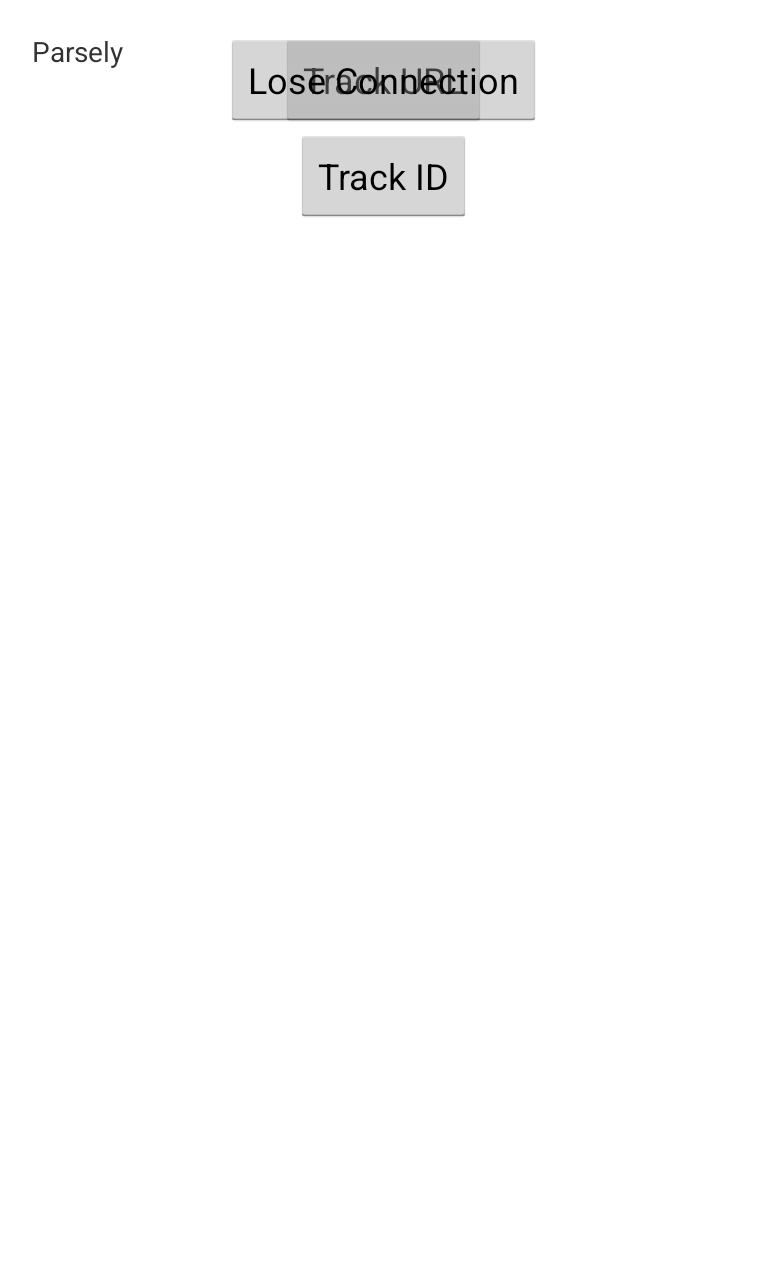
Repository: Parsely/parsely-android
Layout: HiParsely/res/layout/activity_main.xml
An editor plug-in stored every save of this project. The layout is shown before and after the next save, followed by the edit.
It is drawn on a 768 x 1280 px phone screen (xhdpi) without system bars, with theme AppTheme; the app's code is not run.

Above is the layout before, as saved 2013-04-09 15:08:43.

### HiParsely/res/layout/activity_main.xml
<RelativeLayout xmlns:android="http://schemas.android.com/apk/res/android"
    xmlns:tools="http://schemas.android.com/tools"
    android:layout_width="match_parent"
    android:layout_height="match_parent"
    android:paddingBottom="@dimen/activity_vertical_margin"
    android:paddingLeft="@dimen/activity_horizontal_margin"
    android:paddingRight="@dimen/activity_horizontal_margin"
    android:paddingTop="@dimen/activity_vertical_margin"
    tools:context=".MainActivity" >

    <TextView
        android:layout_width="wrap_content"
        android:layout_height="wrap_content"
        android:text="@string/parsely" />

    <Button android:id="@+id/url_button"
        android:layout_width="wrap_content"
        android:layout_height="wrap_content"
        android:layout_centerHorizontal="true"
        android:text="@string/button_track_url"
        android:onClick="trackURL" />

    <Button
        android:layout_width="wrap_content"
        android:layout_height="wrap_content"
        android:layout_centerHorizontal="true"
        android:layout_below="@id/url_button"
        android:text="@string/button_track_pid"
        android:onClick="trackPID" />

    <Button
        android:layout_width="wrap_content"
        android:layout_height="wrap_content"
        android:layout_centerHorizontal="true"
        android:text="@string/button_toggle_connection"
        android:onClick="toggleConnection" />

</RelativeLayout>

### HiParsely/res/values/strings.xml
<?xml version="1.0" encoding="utf-8"?>
<resources>

    <string name="app_name">HiParsely</string>
    <string name="action_settings">Settings</string>
    <string name="parsely">Parsely</string>
    <string name="button_track_url">Track URL</string>
    <string name="button_track_pid">Track ID</string>
    <string name="button_toggle_connection">Lose Connection</string>

</resources>

Loaded but not shown: HiParsely/res/values/styles.xml (common file); HiParsely/res/values-v11/styles.xml (common file); HiParsely/res/values-v14/styles.xml (common file); HiParsely/res/values/dimens.xml (common file)

After the next save:
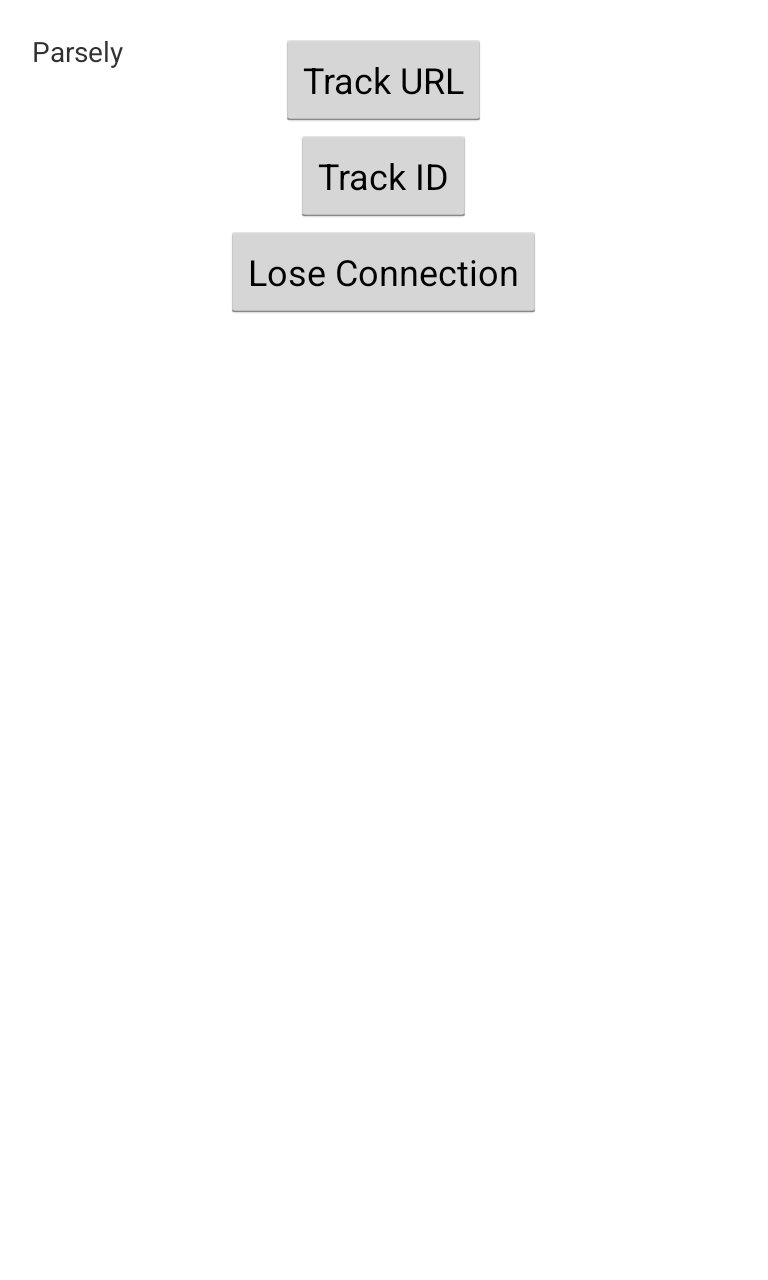
Saved 19 s later.
--- a/HiParsely/res/layout/activity_main.xml
+++ b/HiParsely/res/layout/activity_main.xml
@@ -20,7 +20,7 @@
         android:text="@string/button_track_url"
         android:onClick="trackURL" />
 
-    <Button
+    <Button android:id="@+id/pid_button"
         android:layout_width="wrap_content"
         android:layout_height="wrap_content"
         android:layout_centerHorizontal="true"
@@ -32,6 +32,7 @@
         android:layout_width="wrap_content"
         android:layout_height="wrap_content"
         android:layout_centerHorizontal="true"
+        android:layout_below="@id/pid_button"
         android:text="@string/button_toggle_connection"
         android:onClick="toggleConnection" />
 
